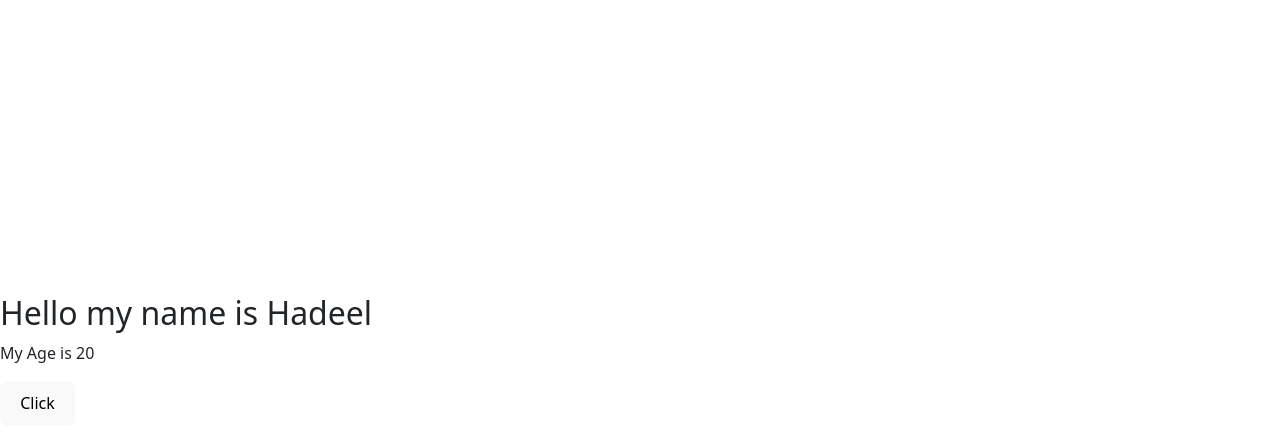
Repository: HadelAbdellatif/React_App4
Page: /
These files come from the project's save history. The page is drawn as it stood at one moment and after a run of saves; the edit follows.
The browser window is 1280 px wide. The pictures show the whole page.
The project was rebuilt for these pictures with package versions that can differ from the ones it lists, and the page was loaded fresh each time. Also part of the build but not shown: vite.config.js.

Above is the page before, as saved 2023-10-30 20:26:12.

### src/main.jsx
import React from 'react'
import ReactDOM from 'react-dom/client'
import 'bootstrap/dist/css/bootstrap.min.css';
import App from './App.jsx'
import './index.css'


ReactDOM.createRoot(document.getElementById('root')).render(
  <React.StrictMode>
    <App />
  </React.StrictMode>,
)

### src/App.jsx
import React, { useState } from 'react'

export default function App() {

  let [age, setAge] = useState(20);


 const changeAge =(a) =>{
  setAge(a);
 }

  return (

    <>

    <h2>Hello my name is Hadeel</h2>
    <p>My Age is {age}</p>
    <button onClick={()=>changeAge(10)}>Click</button>

    </>
  )
}

### src/components/products/Products.jsx
import React, { useState } from 'react'

export default function Products() {

  let [age, setAge] = useState(20);


 const changeAge =(a) =>{
  setAge(a);
 }

  return (

    <>

    <h2>Hello my name is Hadeel</h2>
    <p>My Age is {age}</p>
    <button onClick={()=>changeAge(10)}>Click</button>

    </>
  )
}

Loaded but not shown: index.html (common file); src/index.css (common file)

After the next 12 saves:
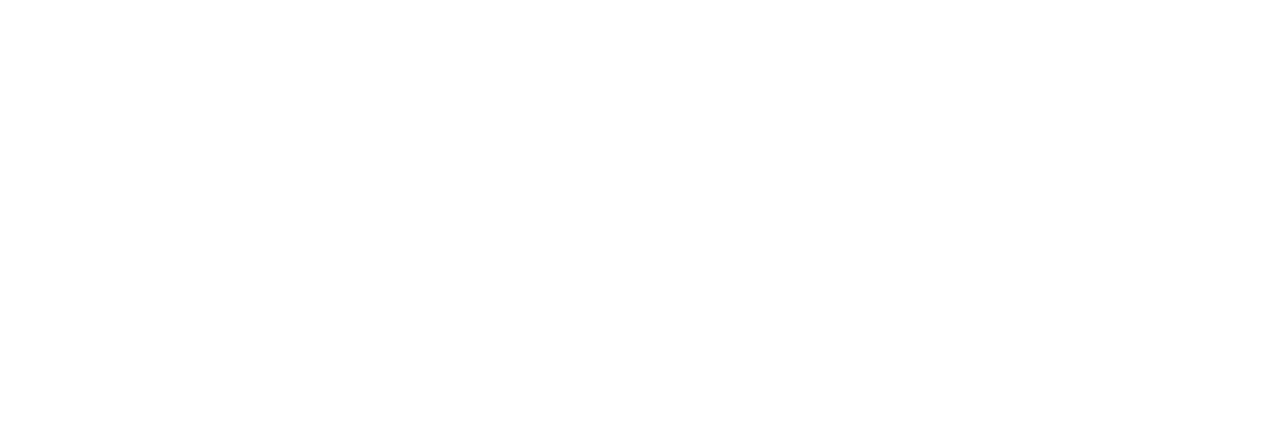
Console error: ReferenceError: Products is not defined
The 12 saves are shown as one change because 3 did not build or start and some came seconds apart.
The last was saved 55 s later.
--- a/src/App.jsx
+++ b/src/App.jsx
@@ -1,22 +1,8 @@
-import React, { useState } from 'react'
 
 export default function App() {
 
-  let [age, setAge] = useState(20);
-
-
- const changeAge =(a) =>{
-  setAge(a);
- }
 
   return (
-
-    <>
-
-    <h2>Hello my name is Hadeel</h2>
-    <p>My Age is {age}</p>
-    <button onClick={()=>changeAge(10)}>Click</button>
-
-    </>
+    <Products/>
   )
 }

After the 4 saves that followed:
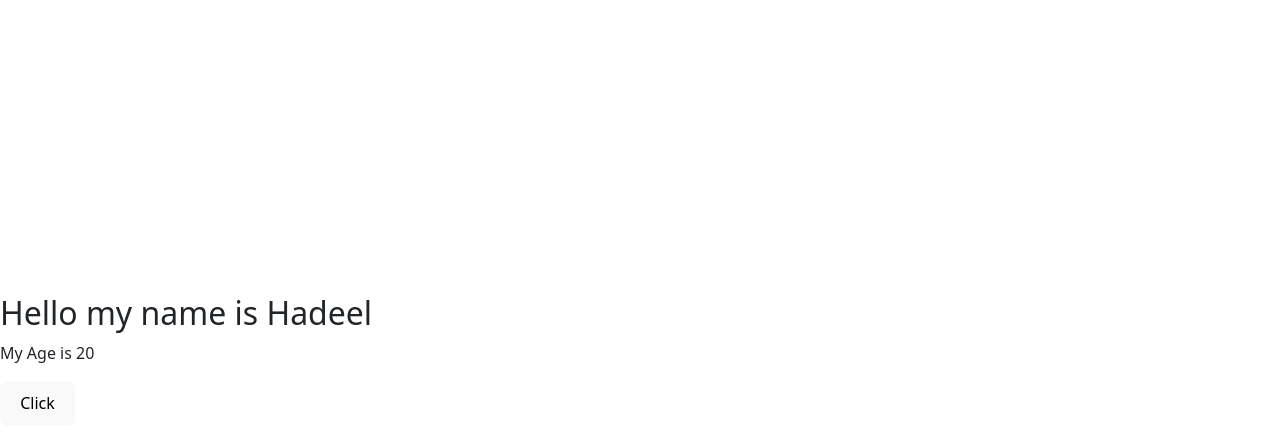
The error is gone.
The 4 saves are shown as one change because they came seconds apart.
The last was saved 10 s later.
--- a/src/App.jsx
+++ b/src/App.jsx
@@ -1,4 +1,4 @@
-
+import Products from "./components/products/Products"
 export default function App() {
 
 
